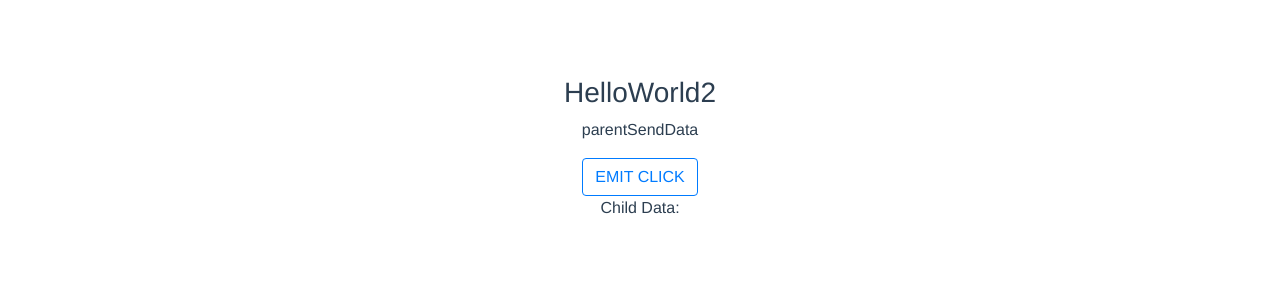
Repository: iian0910/bootstrapVue-demo
Page: /
These files come from the project's save history. The page is drawn as it stood at one moment and after the next save; the edit follows.
The browser window is 1280 px wide. The pictures show the whole page.
The page's requests for data from a server got no answer. The project was rebuilt for these pictures with package versions that can differ from the ones it lists, and the page was loaded fresh each time. No one was signed in, and anything a server would have sent is missing.

Above is the page before, as saved 2021-04-26 10:33:33.

After the next save:
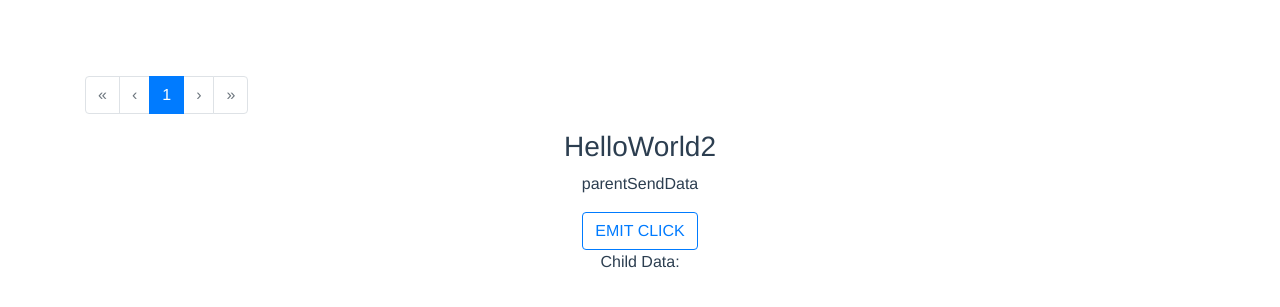
Saved 2 min 58 s later.
--- a/src/components/HelloWorld.vue
+++ b/src/components/HelloWorld.vue
@@ -1,7 +1,16 @@
 <template>
   <div>
     <div class="container">
+      <!-- Table -->
       <b-table striped hover :items="data"></b-table>
+      <!-- Pagination -->
+      <b-pagination
+        v-model="currentPage"
+        :total-rows="rows"
+        :per-page="perPage"
+        aria-controls="my-table"
+      ></b-pagination>
+      <!-- Other Component (props / emit) -->
       <HelloWorld2
         :parentData="parentSendData"
         @childSendData="emitData"
@@ -40,6 +49,8 @@
   private apiURL = 'https://api.kcg.gov.tw/api/service/get/2c1d9959-d038-4918-bae3-409680f8193a'
   public parentSendData = 'parentSendData'
   public childSendData = ''
+  public currentPage = 1
+  public perPage = 5
 
   // @Prop(props)
   @Prop()
